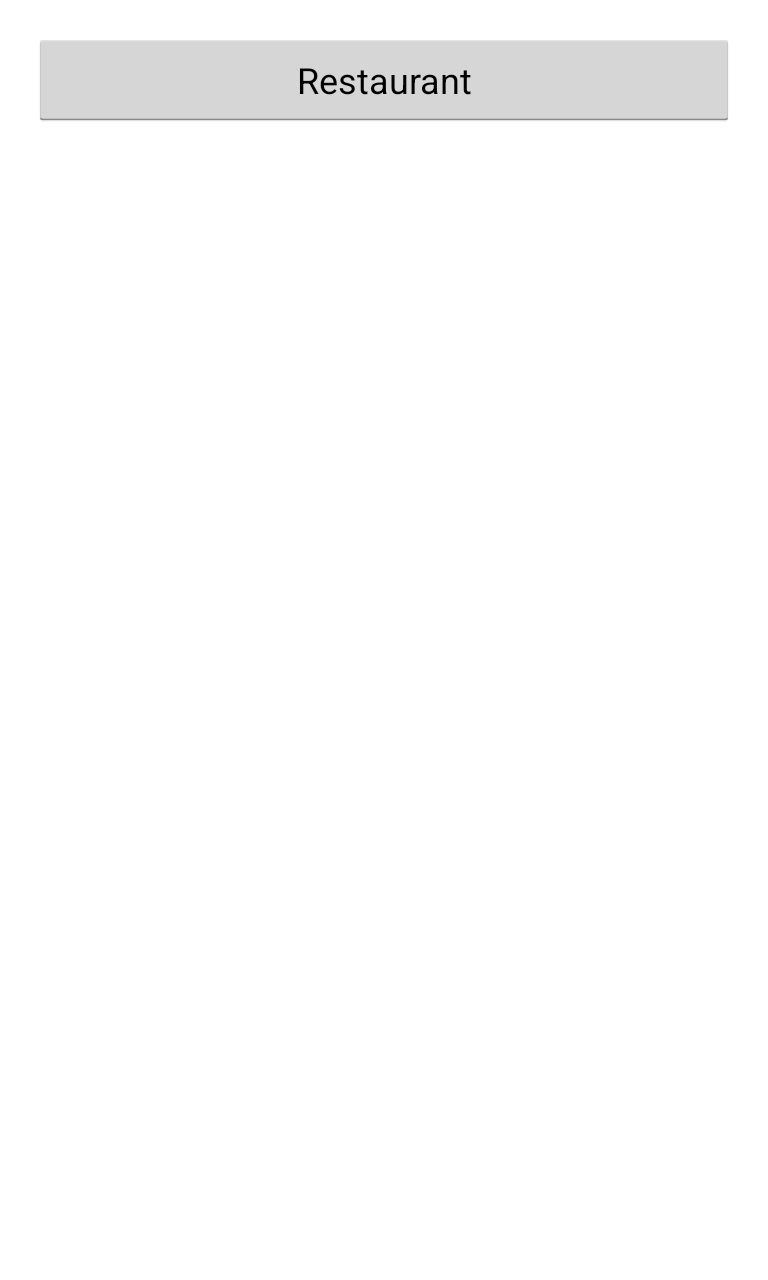
Repository: AldrichW/McGill-Hacks
Layout: TapInto/res/layout/fragment_main_dummy.xml
An editor plug-in stored every save of this project. The layout is shown before and after the next save, followed by the edit.
It is drawn on a 768 x 1280 px phone screen (xhdpi) without system bars, with theme AppTheme; the app's code is not run.

Above is the layout before, as saved 2014-02-21 07:09:29.

After the next save:
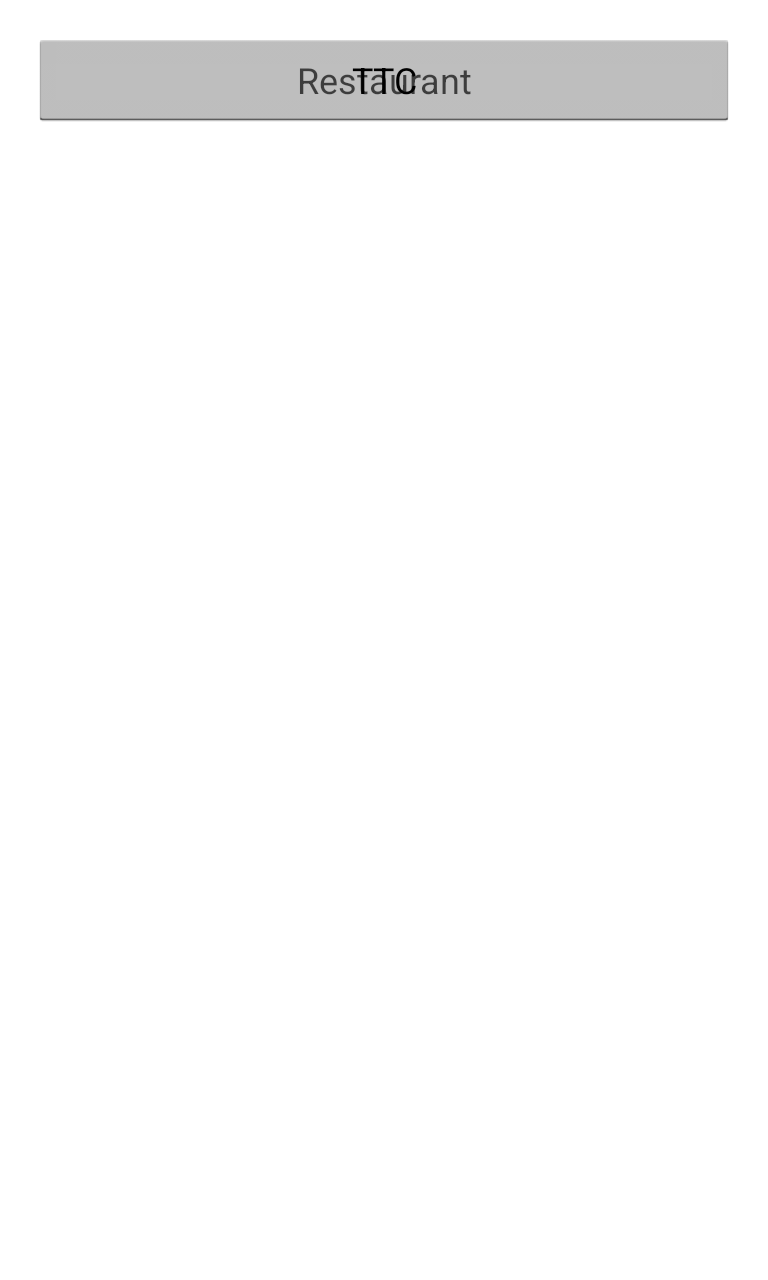
Saved 2 s later.
--- a/TapInto/res/layout/fragment_main_dummy.xml
+++ b/TapInto/res/layout/fragment_main_dummy.xml
@@ -20,4 +20,11 @@
         android:text = "@string/restaurant"
         />
 
+    <Button
+        android:id ="@+id/ttc_button"
+        android:layout_width = "fill_parent"
+        android:layout_height = "wrap_content"
+        android:text = "@string/ttc"
+        />
+
 </RelativeLayout>
